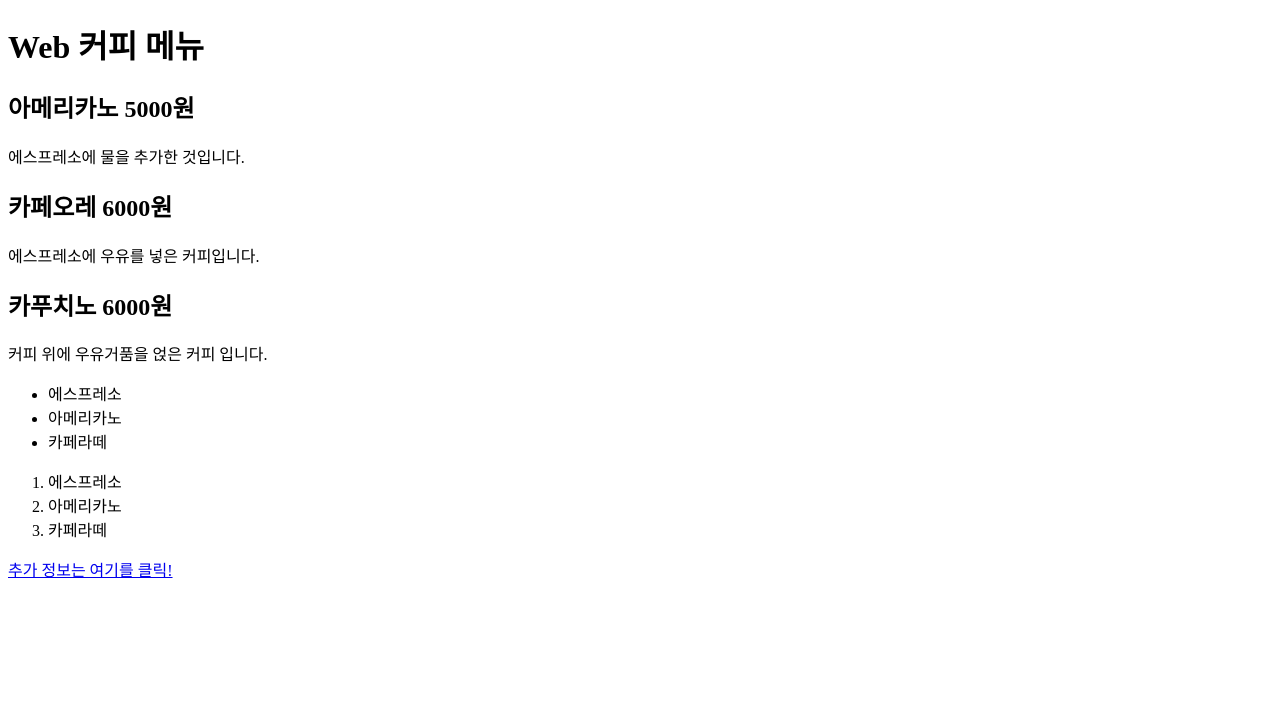
Repository: dhbaek2004/JSPex
Page: http://localhost/UX/UX_01.jsp
These files come from the project's save history. The page is drawn as it stood at one moment and after the next save; the edit follows.
The browser window is 1280 px wide. The pictures show the whole page.
The page is served by Tomcat 9.

Above is the page before, as saved 2020-08-25 08:19:19.

After the next save:
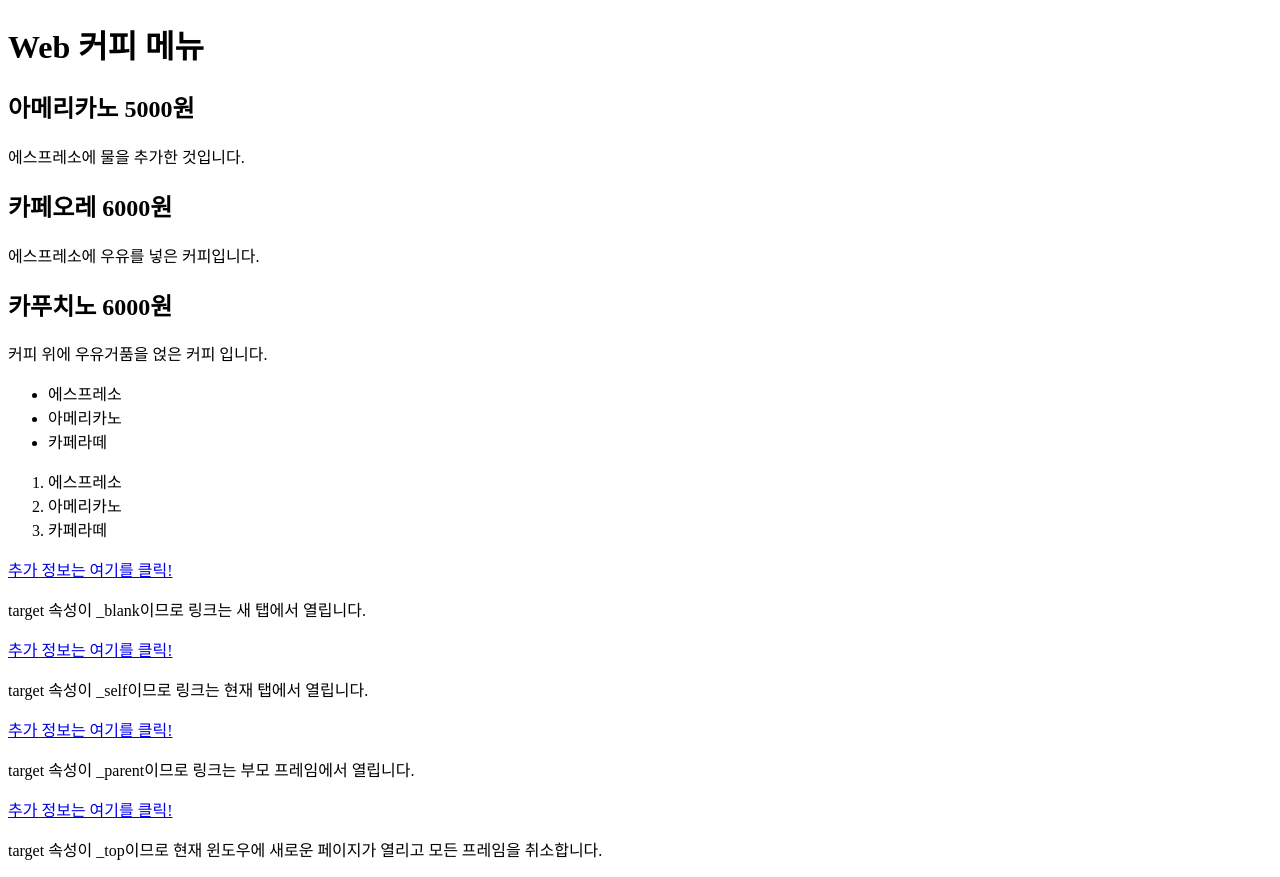
Saved 10 min 9 s later.
--- a/Infrearn/UX/UX/WebContent/UX_01.jsp
+++ b/Infrearn/UX/UX/WebContent/UX_01.jsp
@@ -30,7 +30,14 @@
 		<li>카페라떼</li>
 	</ol>
 
-	<a href="info.html">추가 정보는 여기를 클릭!</a>
+	<a href="http://www.google.com/" target="_blank">추가 정보는 여기를 클릭!</a>
+	<p>target 속성이 _blank이므로 링크는 새 탭에서 열립니다.</p>
+	<a href="http://www.google.com/" target="_blank">추가 정보는 여기를 클릭!</a>
+	<p>target 속성이 _self이므로 링크는 현재 탭에서 열립니다.</p>
+	<a href="http://www.google.com/" target="_blank">추가 정보는 여기를 클릭!</a>
+	<p>target 속성이 _parent이므로 링크는 부모 프레임에서 열립니다.</p>
+	<a href="http://www.google.com/" target="_blank">추가 정보는 여기를 클릭!</a>
+	<p>target 속성이 _top이므로 현재 윈도우에 새로운 페이지가 열리고 모든 프레임을 취소합니다.</p>
 
 
 </body>
